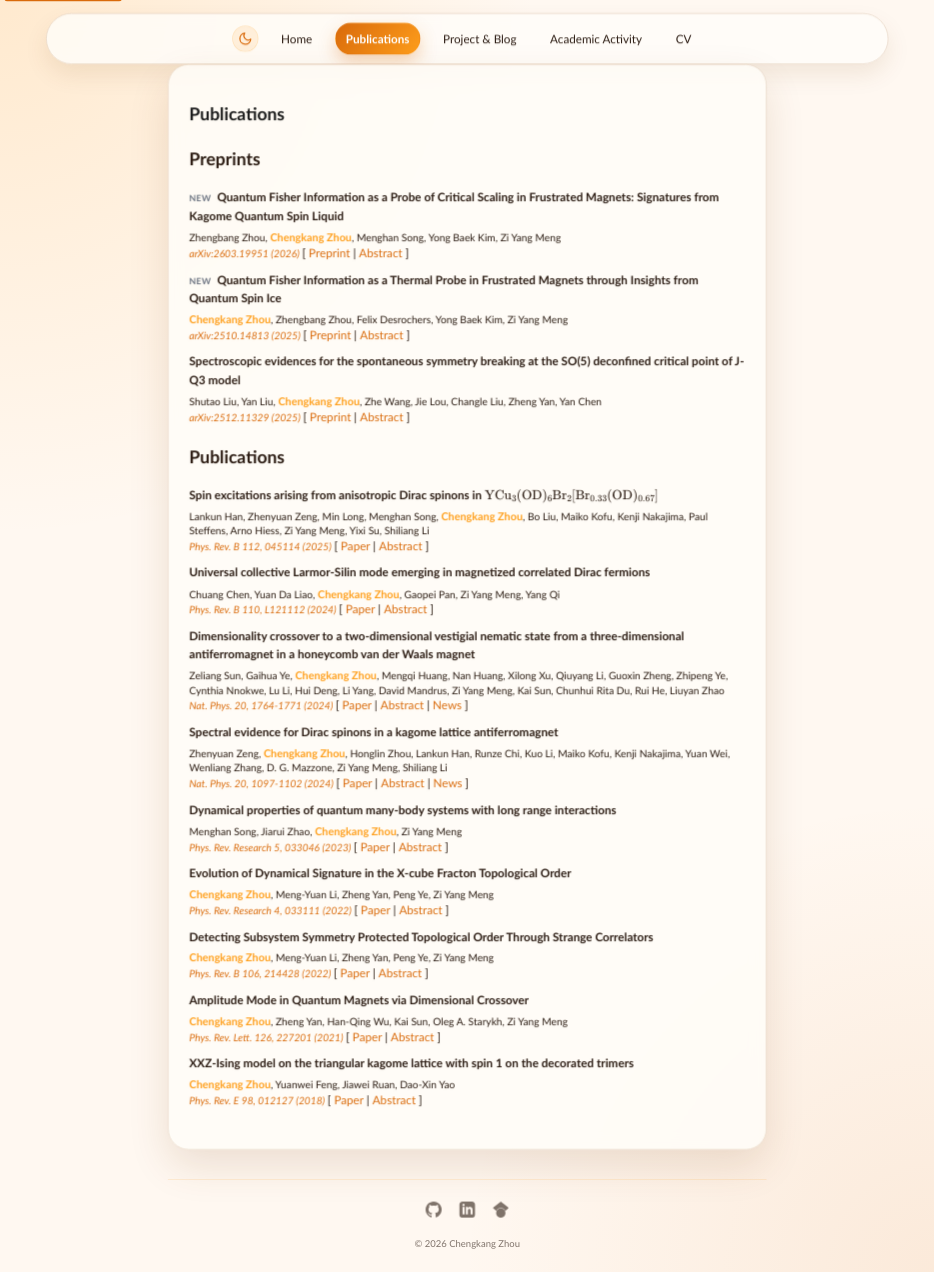
Repository: argyibug/zhouchk
Page: publications.html
An editor plug-in stored every save of this project. The page is shown before and after the next save, followed by the edit.
The browser window is 1280 px wide. The pictures show the whole page, at 73% of full size.

Above is the page before, as saved 2026-06-02 09:48:01.

### publications.html
<!DOCTYPE HTML>
<html lang="en">

<head>
  <meta http-equiv="Content-Type" content="text/html; charset=UTF-8">
  <title>Publications - Chengkang Zhou</title>
  <meta name="author" content="Chengkang Zhou">
  <meta name="viewport" content="width=device-width, initial-scale=1">
  <meta name="description" content="Publications and preprints of Chengkang Zhou.">
  <meta name="robots" content="index, follow">

  <meta property="og:title" content="Publications - Chengkang Zhou">
  <meta property="og:description" content="Publications and preprints of Chengkang Zhou.">
  <meta property="og:image" content="https://argyibug.github.io/zhouchk/figures/me.jpg">
  <meta property="og:url" content="https://argyibug.github.io/zhouchk/publications.html">
  <meta property="og:type" content="profile">

  <meta name="twitter:card" content="summary">
  <meta name="twitter:title" content="Publications - Chengkang Zhou">
  <meta name="twitter:description" content="Publications and preprints of Chengkang Zhou.">
  <meta name="twitter:image" content="https://argyibug.github.io/zhouchk/figures/me.jpg">

  <link rel="stylesheet" type="text/css" href="stylesheet.css">
  <link rel="stylesheet" type="text/css" href="shared-styles.css">
  <link rel="icon" type="image/png" href="figures/logo.png">
  <style>
    .page-title {
      font-size: 24px;
      font-weight: 700;
      color: #1a1a1a;
      margin-bottom: 24px;
      text-align: left;
    }

    .publication-list li {
      margin-bottom: 6px !important;
    }

    [data-theme="dark"] .page-title { color: var(--text-color); }

  </style>
</head>

<body>
  <div id="site-nav"></div>

  <main id="main-content" class="main-content-wrapper page-shell">
    <h1 class="page-title">Publications</h1>

    <!-- Preprints -->
    <div style="margin-bottom:24px;">
      <h2 id="preprints">Preprints</h2>
      <ul id="preprints-list" class="publication-list">
        <!-- Preprints will be inserted here -->
      </ul>
    </div>

    <!-- Full Publications -->
    <div style="margin-bottom:24px;">
      <h2 id="publications">Publications</h2>
      <ul id="publications-list" class="publication-list">
        <!-- Publications will be inserted here -->
      </ul>
    </div>
  </main>

  <div id="site-footer"></div>

  <!-- Load JavaScript files -->
  <script src="site-shell.js"></script>
  <script src="utils.js"></script>
  <script src="data.js"></script>
  <script src="main.js"></script>
</body>

</html>

### stylesheet.css
/* latin-ext */
@font-face {
  font-family: 'Lato';
  font-style: italic;
  font-weight: 400;
  font-display: swap;
  src: local('Lato Italic'), local('Lato-Italic'), url(https://fonts.gstatic.com/s/lato/v15/S6u8w4BMUTPHjxsAUi-qNiXg7eU0.woff2) format('woff2');
  unicode-range: U+0100-024F, U+0259, U+1E00-1EFF, U+2020, U+20A0-20AB, U+20AD-20CF, U+2113, U+2C60-2C7F, U+A720-A7FF;
}
/* latin */
@font-face {
  font-family: 'Lato';
  font-style: italic;
  font-weight: 400;
  font-display: swap;
  src: local('Lato Italic'), local('Lato-Italic'), url(https://fonts.gstatic.com/s/lato/v15/S6u8w4BMUTPHjxsAXC-qNiXg7Q.woff2) format('woff2');
  unicode-range: U+0000-00FF, U+0131, U+0152-0153, U+02BB-02BC, U+02C6, U+02DA, U+02DC, U+2000-206F, U+2074, U+20AC, U+2122, U+2191, U+2193, U+2212, U+2215, U+FEFF, U+FFFD;
}
/* latin-ext */
@font-face {
  font-family: 'Lato';
  font-style: italic;
  font-weight: 700;
  font-display: swap;
  src: local('Lato Bold Italic'), local('Lato-BoldItalic'), url(https://fonts.gstatic.com/s/lato/v15/S6u_w4BMUTPHjxsI5wq_FQftx9897sxZ.woff2) format('woff2');
  unicode-range: U+0100-024F, U+0259, U+1E00-1EFF, U+2020, U+20A0-20AB, U+20AD-20CF, U+2113, U+2C60-2C7F, U+A720-A7FF;
}
/* latin */
@font-face {
  font-family: 'Lato';
  font-style: italic;
  font-weight: 700;
  font-display: swap;
  src: local('Lato Bold Italic'), local('Lato-BoldItalic'), url(https://fonts.gstatic.com/s/lato/v15/S6u_w4BMUTPHjxsI5wq_Gwftx9897g.woff2) format('woff2');
  unicode-range: U+0000-00FF, U+0131, U+0152-0153, U+02BB-02BC, U+02C6, U+02DA, U+02DC, U+2000-206F, U+2074, U+20AC, U+2122, U+2191, U+2193, U+2212, U+2215, U+FEFF, U+FFFD;
}
/* latin-ext */
@font-face {
  font-family: 'Lato';
  font-style: normal;
  font-weight: 400;
  font-display: swap;
  src: local('Lato Regular'), local('Lato-Regular'), url(https://fonts.gstatic.com/s/lato/v15/S6uyw4BMUTPHjxAwXiWtFCfQ7A.woff2) format('woff2');
  unicode-range: U+0100-024F, U+0259, U+1E00-1EFF, U+2020, U+20A0-20AB, U+20AD-20CF, U+2113, U+2C60-2C7F, U+A720-A7FF;
}
/* latin */
@font-face {
  font-family: 'Lato';
  font-style: normal;
  font-weight: 400;
  font-display: swap;
  src: local('Lato Regular'), local('Lato-Regular'), url(https://fonts.gstatic.com/s/lato/v15/S6uyw4BMUTPHjx4wXiWtFCc.woff2) format('woff2');
  unicode-range: U+0000-00FF, U+0131, U+0152-0153, U+02BB-02BC, U+02C6, U+02DA, U+02DC, U+2000-206F, U+2074, U+20AC, U+2122, U+2191, U+2193, U+2212, U+2215, U+FEFF, U+FFFD;
}
/* latin-ext */
@font-face {
  font-family: 'Lato';
  font-style: normal;
  font-weight: 700;
  font-display: swap;
  src: local('Lato Bold'), local('Lato-Bold'), url(https://fonts.gstatic.com/s/lato/v15/S6u9w4BMUTPHh6UVSwaPGQ3q5d0N7w.woff2) format('woff2');
  unicode-range: U+0100-024F, U+0259, U+1E00-1EFF, U+2020, U+20A0-20AB, U+20AD-20CF, U+2113, U+2C60-2C7F, U+A720-A7FF;
}
/* latin */
@font-face {
  font-family: 'Lato';
  font-style: normal;
  font-weight: 700;
  font-display: swap;
  src: local('Lato Bold'), local('Lato-Bold'), url(https://fonts.gstatic.com/s/lato/v15/S6u9w4BMUTPHh6UVSwiPGQ3q5d0.woff2) format('woff2');
  unicode-range: U+0000-00FF, U+0131, U+0152-0153, U+02BB-02BC, U+02C6, U+02DA, U+02DC, U+2000-206F, U+2074, U+20AC, U+2122, U+2191, U+2193, U+2212, U+2215, U+FEFF, U+FFFD;
}

:root {
  --primary-color: #d96a0b;
  --secondary-color: #ff9f1c;
  --text-color: #2b1b12;
  --bg-color: #fff8f1;
  --border-color: #e8d7c7;
  --sidebar-bg: #fffdf9;
  --section-bg: #fffdf9;
  --surface-bg: rgba(255, 253, 249, 0.86);
  --hover-bg: rgba(255, 159, 28, 0.12);
  --shadow-color: rgba(122, 66, 11, 0.14);
  --placeholder-bg: #f8efe6;
  --placeholder-text: #7a5d47;
}

/* Dark mode colors */
[data-theme="dark"] {
  --primary-color: #ffb15c;
  --secondary-color: #ff8f34;
  --text-color: #f4e9dd;
  --bg-color: #17110d;
  --border-color: #4a3727;
  --sidebar-bg: #201712;
  --section-bg: #221914;
  --surface-bg: rgba(32, 23, 18, 0.88);
  --hover-bg: rgba(255, 159, 28, 0.16);
  --shadow-color: rgba(0, 0, 0, 0.28);
  --placeholder-bg: #2d2119;
  --placeholder-text: #c6b3a1;
}

/* Ensure body background changes in dark mode */
[data-theme="dark"] body {
  background-color: var(--bg-color) !important;
}

/* Fix profile photo background in dark mode */
[data-theme="dark"] .profile-photo {
  background-color: transparent !important;
  border-color: var(--border-color);
}

/* Ensure main content has proper background in dark mode */
[data-theme="dark"] #main-content {
  background-color: var(--bg-color);
}

/* Fix table backgrounds in dark mode */
[data-theme="dark"] table {
  background-color: var(--bg-color) !important;
}

/* Remove section background styling for cleaner look */

/* Fix highlight color in dark mode */
[data-theme="dark"] span.highlight {
  background-color: #3a3a00;
  color: #ffff80;
}

/* Fix venue colors in dark mode */
[data-theme="dark"] .venue {
  color: var(--primary-color);
}

/* Fix paper rest color in dark mode */
[data-theme="dark"] .paper_rest {
  color: var(--text-color);
}

/* Global styles */
body {
  font-family: 'Lato', Verdana, Helvetica, sans-serif;
  font-size: 16px;
  line-height: 1.6;
  color: var(--text-color);
  background:
    radial-gradient(circle at top left, rgba(255, 159, 28, 0.16), transparent 34%),
    radial-gradient(circle at bottom right, rgba(217, 106, 11, 0.10), transparent 30%),
    var(--bg-color);
  margin: 0;
  padding: 0;
  -webkit-font-smoothing: antialiased;
  text-rendering: optimizeLegibility;
}

p, strong, td, th, tr {
  font-family: 'Lato', Verdana, Helvetica, sans-serif;
  font-size: inherit;
  color: var(--text-color);
}

a {
  font-family: 'Lato', Verdana, Helvetica, sans-serif;
  font-size: inherit;
  color: var(--primary-color);
  text-decoration: none;
  transition: color 0.2s ease;
}

a:focus, a:hover {
  color: var(--secondary-color);
  text-decoration: none;
}


/* Publication styles */
.papertitle {
  font-family: 'Lato', Verdana, Helvetica, sans-serif;
  font-size: 16px;
  font-weight: 600;
  color: var(--text-color);
  margin-bottom: 1px;
}

[data-theme="dark"] .papertitle {
  color: var(--text-color);
}

.venue {
  color: var(--placeholder-text);
}

.paper_rest {
  font-size: 14px;
  color: var(--text-color);
  line-height: 1.4;
  margin-bottom: 2px;
}

[data-theme="dark"] .paper_rest {
  color: var(--text-color);
}

.paper_bottom_space {
  margin-bottom: 4px;
}

/* Image styles */
.one {
  width: 160px;
  height: 160px;
  position: relative;
}

.two {
  width: 160px;
  height: 160px;
  position: absolute;
  transition: opacity .2s ease-in-out;
  -moz-transition: opacity .2s ease-in-out;
  -webkit-transition: opacity .2s ease-in-out;
}

.fade {
  transition: opacity .2s ease-in-out;
  -moz-transition: opacity .2s ease-in-out;
  -webkit-transition: opacity .2s ease-in-out;
}

span.highlight {
  background-color: #ffffd0;
}

/* Main Content */
#main-content {
  max-width: 820px;
  margin: 0 auto;
  padding: 32px 28px;
  box-sizing: border-box;
  background: var(--surface-bg);
  border: 1px solid var(--border-color);
  border-radius: 28px;
  box-shadow: 0 22px 56px var(--shadow-color);
  backdrop-filter: blur(10px);
}

/* Smooth scrolling for the entire page */
html {
  scroll-behavior: smooth;
}

/* Enhanced hover effects for links */
a {
  transition: color 0.3s ease, text-shadow 0.3s ease;
}

a:hover {
  text-shadow: 0 1px 2px rgba(217, 106, 11, 0.14);
}

/* Section spacing */

/* Profile photo */
.profile-photo {
  box-shadow: 0 18px 36px rgba(122, 66, 11, 0.16);
  border-radius: 22px;
  border: 1px solid var(--border-color);
}



/* Focus styles for accessibility */
a:focus, button:focus {
  outline: 2px solid var(--primary-color);
  outline-offset: 2px;
}

/* Skip to main content link (hidden by default) */
.skip-link {
  position: absolute;
  top: -40px;
  left: 6px;
  background: var(--primary-color);
  color: white;
  padding: 8px;
  text-decoration: none;
  z-index: 1000;
  border-radius: 4px;
}

.skip-link:focus {
  top: 6px;
}

/* Scroll progress indicator */
.scroll-progress {
  position: fixed;
  top: 0;
  left: 0;
  width: 0%;
  height: 3px;
  background: linear-gradient(to right, var(--primary-color), var(--secondary-color));
  z-index: 1000;
  transition: width 0.1s ease;
}

/* Loading animation for lazy content */
@keyframes pulse {
  0% { opacity: 1; }
  50% { opacity: 0.7; }
  100% { opacity: 1; }
}

.loading {
  animation: pulse 1.5s ease-in-out infinite;
}


/* Responsive Design */
@media screen and (max-width: 768px) {
  /* Improve mobile layout for profile section */
  .profile-photo {
    float: none !important;
    display: block;
    margin: 20px auto !important;
    width: 150px !important;
    height: auto !important;
    object-fit: contain;
  }

  /* Adjust text centering for mobile */
  .profile-photo + div p[style*="text-align:center"] {
    text-align: center !important;
    margin-left: 0 !important;
  }

  /* Make map container responsive */
  #map-container {
    width: 120px !important;
    height: 120px !important;
    margin: 0 auto;
  }
}

@media screen and (max-width: 480px) {
  body {
    font-size: 14px;
  }

  p, strong, td, th, tr, a {
    font-size: 14px;
  }

  .papertitle {
    font-size: 16px;
  }

  .paper_rest {
    font-size: 14px;
  }

  .profile-photo {
    width: 120px !important;
    height: auto !important;
    object-fit: contain;
  }

  /* Stack honors and map vertically on very small screens */
  .honors-map-container {
    display: block !important;
  }

  .honors-map-container td {
    display: block !important;
    width: 100% !important;
    text-align: left !important;
  }

  #map-container {
    margin: 20px auto 0 !important;
    text-align: center;
  }
}

/* Print styles */
@media print {
  a {
    color: var(--text-color);
    text-decoration: underline;
  }
}

### shared-styles.css
/**
 * Shared Styles for All Pages
 * Contains navigation, layout, and common component styles
 */

/* Navigation Styles */
.page-shell {
  max-width: 820px;
  margin: 0 auto;
  padding: 32px 24px 48px;
  background: var(--surface-bg);
  border: 1px solid var(--border-color);
  border-radius: 28px;
  box-shadow: 0 22px 56px var(--shadow-color);
  backdrop-filter: blur(10px);
}

.page-shell-footer {
  max-width: 820px;
  margin: 0 auto;
  padding: 0 24px;
}

.page-shell-footer-wide {
  max-width: 1200px;
  padding: 0 20px;
}

.nav-buttons {
  display: flex;
  justify-content: flex-end;
  align-items: center;
  gap: 18px;
  padding: 20px 35px;
  flex-wrap: wrap;
  margin: 18px auto 0;
  max-width: 1120px;
  border: 1px solid var(--border-color);
  border-radius: 999px;
  background: rgba(255, 253, 249, 0.82);
  box-shadow: 0 14px 32px rgba(122, 66, 11, 0.10);
  backdrop-filter: blur(10px);
}

.nav-button {
  display: inline-block;
  padding: 8px 16px;
  background-color: transparent;
  color: var(--text-color);
  font-weight: 500;
  font-size: 14px;
  transition: all 0.25s ease;
  text-align: center;
  border: 1px solid transparent;
  border-radius: 999px;
}

.nav-button:hover {
  color: var(--primary-color);
  background-color: var(--hover-bg);
  border-color: rgba(255, 159, 28, 0.24);
  transform: translateY(-1px);
}

/* Theme Toggle Button - Sun/Moon Icons */
.theme-toggle {
  background: var(--hover-bg);
  border: 1px solid rgba(255, 159, 28, 0.18);
  border-radius: 999px;
  width: 36px;
  height: 36px;
  cursor: pointer;
  display: flex;
  align-items: center;
  justify-content: center;
  transition: all 0.2s ease;
  color: var(--primary-color);
  padding: 6px;
}

.theme-toggle:hover {
  background-color: rgba(255, 159, 28, 0.18);
  color: var(--secondary-color);
  transform: translateY(-1px);
}

.theme-toggle:focus {
  outline: 2px solid var(--primary-color);
  outline-offset: 2px;
}

.theme-toggle svg {
  width: 20px;
  height: 20px;
}

/* Navigation Active State */
.nav-button[aria-current="page"] {
  color: #ffffff;
  font-weight: 600;
  background: linear-gradient(135deg, var(--primary-color), var(--secondary-color));
  border-color: transparent;
  box-shadow: 0 10px 24px rgba(217, 106, 11, 0.28);
}

/* Main Content Layout - Only applies to pages without specific overrides */

/* List Spacing */
.section-spacing ul,
.section-spacing ul.publication-list,
td ul {
  margin-top: 0px !important;
  margin-bottom: 0px !important;
}

.section-spacing li,
.section-spacing ul li,
td li,
td ul li,
li {
  margin-bottom: 8px !important;
  margin-top: 0px !important;
  padding-bottom: 0px !important;
  padding-top: 0px !important;
}

.publication-list li,
ul.publication-list li {
  margin-bottom: 12px !important;
  margin-top: 0px !important;
  padding-bottom: 0px !important;
  padding-top: 0px !important;
}

li p {
  margin: 0px !important;
  padding: 0px !important;
}

/* Publication Styles - Consistent indentation */
.publication-list {
  list-style-type: none !important;
  padding-left: 0 !important;
  margin: 0 0 20px 0 !important;
}

/* Ensure all lists have consistent indentation */
ul, ol {
  list-style-type: none !important;
  padding-left: 0 !important;
  margin: 0 0 20px 0 !important;
}

/* Override any specific list variations */
#projects-list, #research-experience-list, #academic-services-list, #teaching-list, #honors-list {
  list-style-type: none !important;
  padding-left: 0 !important;
  margin: 0 0 20px 0 !important;
}

/* Ensure all content inside main-content-wrapper is properly aligned */
.main-content-wrapper > * {
  box-sizing: border-box;
}

.publication-list li {
  margin-bottom: 16px;
}

.papertitle {
  margin-bottom: 6px;
}

.new-badge {
  color: #6b7280;
  font-size: 12px;
  font-weight: 600;
  letter-spacing: 0.04em;
  text-transform: uppercase;
  margin-right: 8px;
}

[data-theme="dark"] .new-badge {
  color: #9ca3af;
}

.paper_rest {
  margin-bottom: 6px;
}

.paper_rest b,
.paper_rest strong {
  color: var(--secondary-color);
  font-weight: 800;
  font-size: 1.06em;
}

.paper-venue {
  color: #9ca3af;
}

[data-theme="dark"] .paper-venue {
  color: #888;
}

.paper-links {
  font-size: 16px;
}

.paper-links a {
  color: var(--primary-color);
  font-weight: 400;
  transition: color 0.2s ease;
}

.paper-links a:hover,
.paper-links a:focus-visible {
  color: var(--secondary-color);
  outline: none;
}

.paper-links a:focus {
  outline: none;
}

.detail-container,
.abstract-container,
.citation-container {
  margin-top: 12px;
}

.abstract-toggle,
.citation-toggle {
  display: inline;
  padding: 0;
  margin: 0;
  font-size: 16px;
  font-family: inherit;
  font-weight: 400;
  color: var(--primary-color);
  background: none;
  border: none;
  cursor: pointer;
  text-decoration: none;
  transition: color 0.2s ease;
}

.abstract-toggle:hover,
.abstract-toggle:focus-visible,
.citation-toggle:hover,
.citation-toggle:focus-visible {
  color: var(--secondary-color);
}

.abstract-toggle:focus,
.citation-toggle:focus {
  outline: none;
}

.abstract-toggle[aria-expanded="true"],
.citation-toggle[aria-expanded="true"] {
  color: var(--secondary-color);
}

.detail-content {
  margin-top: 10px;
  padding: 0;
  border: none;
  background: transparent;
  box-shadow: none;
  line-height: 1.6;
  font-size: 16px;
}

.abstract-content {
  text-align: justify;
  text-justify: inter-word;
}

.detail-content p {
  margin: 0 0 10px 0;
}

.detail-content p:last-child {
  margin-bottom: 0;
}

.detail-content pre {
  margin: 0;
  padding: 12px 14px;
  background-color: var(--section-bg);
  border: 1px solid var(--border-color);
  border-radius: 6px;
  font-size: 13px;
  overflow: auto;
}

/* Page Title Styles */
.page-title {
  text-align: left;
  font-size: 24px;
  font-weight: 700;
  margin-bottom: 24px;
  color: #1a1a1a;
}

/* Responsive Design */
@media screen and (max-width: 1315px) {
  .nav-buttons {
    justify-content: center;
    gap: 12px 16px;
    padding: 12px 16px;
  }

  .nav-button {
    display: inline-flex;
    align-items: center;
    justify-content: center;
    padding: 8px 14px;
    font-size: 16px;
  }

  .theme-toggle {
    order: -1; /* Move theme toggle to the left */
  }

  .main-content-wrapper:not(.page-shell) {
    padding: 0 15px;
  }
}

@media screen and (max-width: 768px) {
  .page-shell {
    padding: 24px 16px 40px;
  }

  .page-shell-footer {
    padding: 0 16px;
  }

  .page-shell-footer-wide {
    padding: 0 10px;
  }
}

@media screen and (max-width: 600px) {
  .theme-toggle {
    width: 32px;
    height: 32px;
  }

  .theme-toggle svg {
    width: 18px;
    height: 18px;
  }
}

/* Back to Top Button */
.back-to-top {
  position: fixed;
  bottom: 30px;
  right: 30px;
  width: 44px;
  height: 44px;
  background: linear-gradient(135deg, var(--primary-color), var(--secondary-color));
  color: white;
  border: none;
  border-radius: 50%;
  cursor: pointer;
  display: flex;
  align-items: center;
  justify-content: center;
  opacity: 0;
  visibility: hidden;
  transition: all 0.3s ease;
  box-shadow: 0 12px 24px rgba(122, 66, 11, 0.22);
  z-index: 999;
}

.back-to-top.visible {
  opacity: 1;
  visibility: visible;
}

.back-to-top:hover {
  background: linear-gradient(135deg, var(--secondary-color), var(--primary-color));
  transform: translateY(-3px);
  box-shadow: 0 16px 28px rgba(122, 66, 11, 0.28);
}

.back-to-top svg {
  width: 20px;
  height: 20px;
}

/* Enhanced Footer - Refined styling with subtle hover effects */
.site-footer {
  border-top: 1px solid rgba(255, 159, 28, 0.18);
  margin-top: 40px;
  padding: 30px 20px;
  text-align: center;
}

.footer-social {
  display: flex;
  justify-content: center;
  gap: 24px;
  margin-bottom: 18px;
}

.footer-social a {
  color: var(--text-color);
  opacity: 0.6;
  transition: all 0.3s ease;
}

.footer-social a:hover {
  color: var(--secondary-color);
  opacity: 1;
  transform: translateY(-2px);
}

.footer-social svg {
  width: 22px;
  height: 22px;
}

.footer-copyright {
  font-size: 13px;
  color: var(--text-color);
  opacity: 0.6;
  margin: 0;
}

@media screen and (max-width: 600px) {
  .back-to-top {
    bottom: 20px;
    right: 20px;
    width: 40px;
    height: 40px;
  }

  .footer-social {
    gap: 15px;
  }

  .footer-social svg {
    width: 20px;
    height: 20px;
  }
}

Loaded but not shown: data.js (245 lines, source omitted); main.js (349 lines, source omitted); site-shell.js (188 lines, source omitted); utils.js (95 lines, source omitted)

After the next save:
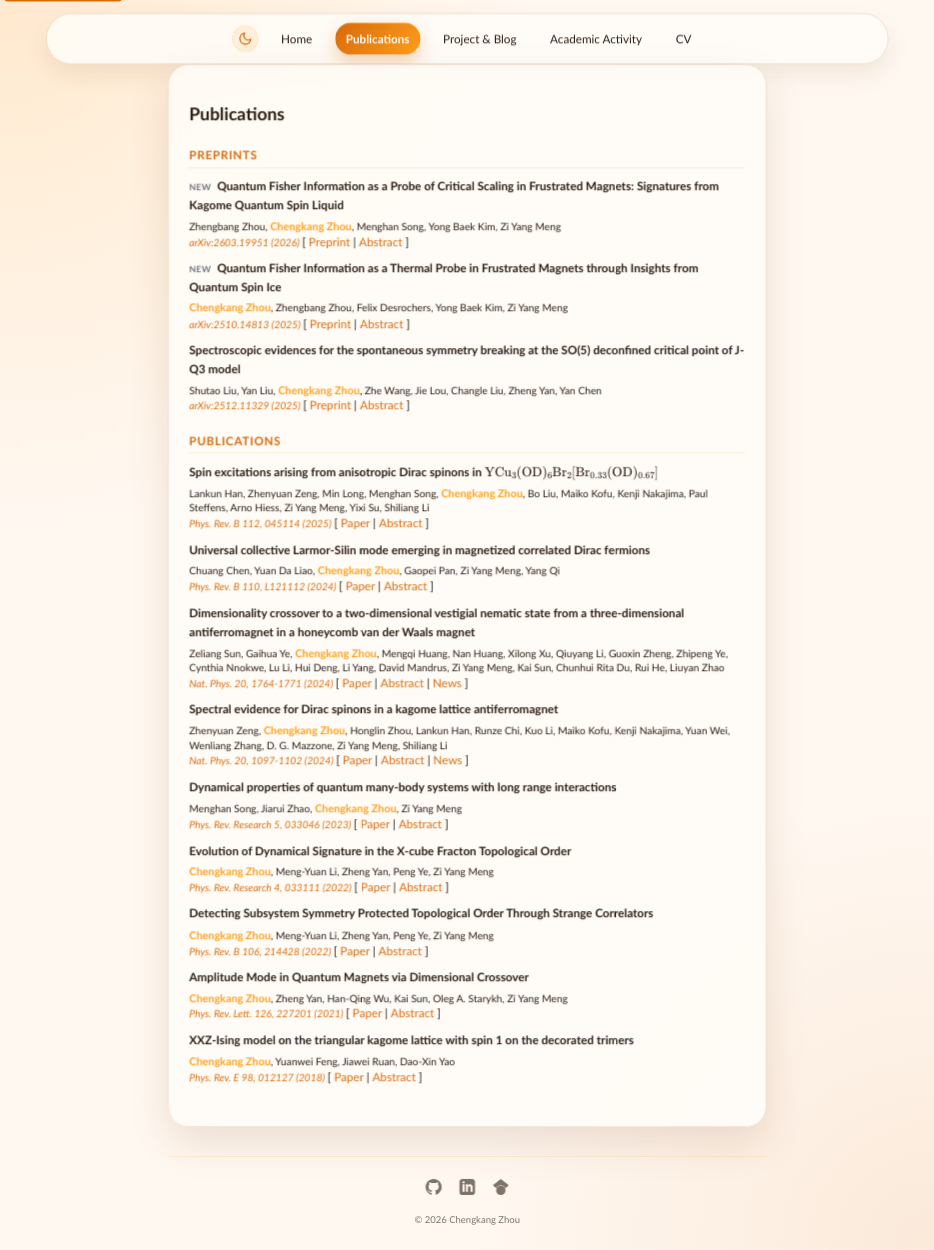
Saved 4 s later.
--- a/publications.html
+++ b/publications.html
@@ -27,13 +27,23 @@
     .page-title {
       font-size: 24px;
       font-weight: 700;
-      color: #1a1a1a;
+      color: var(--text-color);
       margin-bottom: 24px;
       text-align: left;
     }
 
     .publication-list li {
       margin-bottom: 6px !important;
+    }
+
+    h2 {
+      color: var(--primary-color);
+      border-bottom: 1px solid rgba(255, 159, 28, 0.22);
+      padding-bottom: 4px;
+      margin-bottom: 12px;
+      text-transform: uppercase;
+      letter-spacing: 0.06em;
+      font-size: 16px;
     }
 
     [data-theme="dark"] .page-title { color: var(--text-color); }
